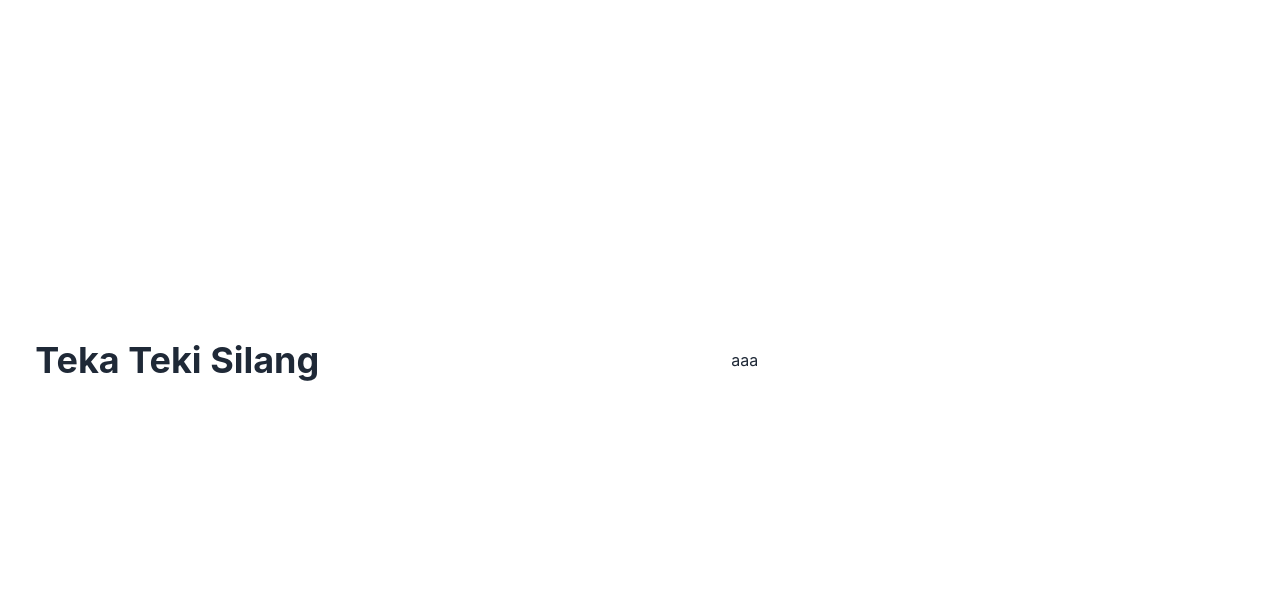
Repository: farrelmuhammad/tts-clue
Page: /
An editor plug-in stored every save of this project. The page is shown before and after the next save, followed by the edit.
The browser window is 1280 px wide. The pictures show the whole page.
The project was rebuilt for these pictures with package versions that can differ from the ones it lists, and the page was loaded fresh each time. Also part of the build but not shown: src/App.css.

Above is the page before, as saved 2023-02-02 18:05:33.

After the next save:
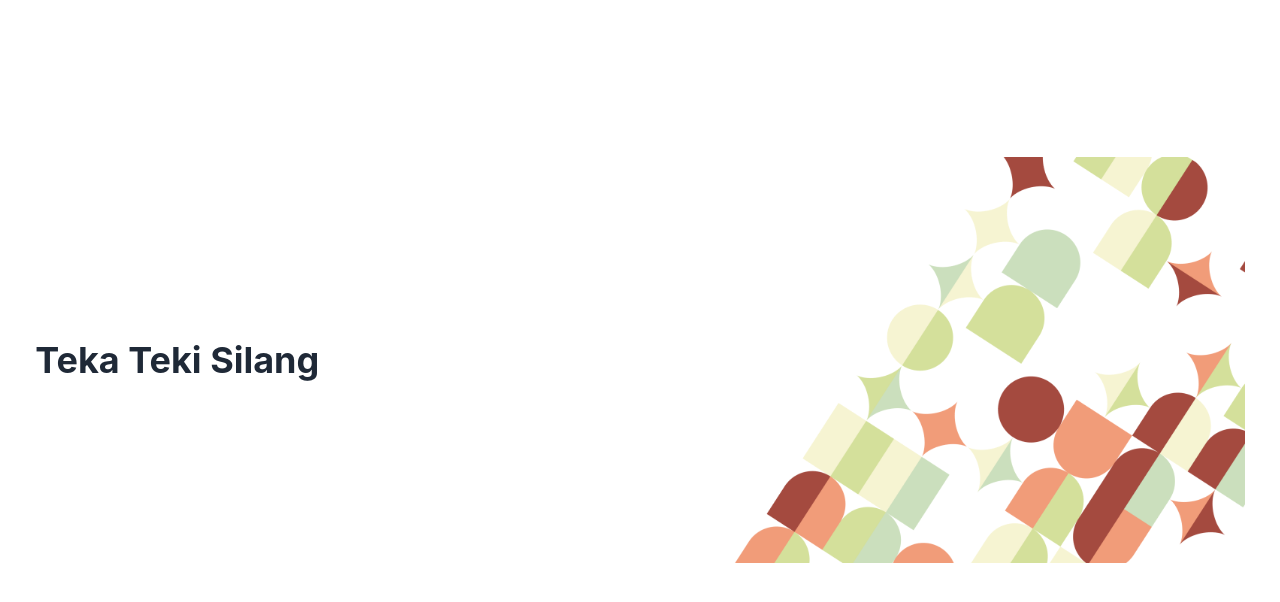
Saved 15 s later.
--- a/src/App.js
+++ b/src/App.js
@@ -11,9 +11,7 @@ function App() {
               <h1 class="text-4xl font-bold text-gray-800">Teka Teki Silang</h1>
             </div>
             <div class="xl:ml-20 xl:w-5/12 lg:w-5/12 md:w-8/12 mb-12 md:mb-0">
-              <div style={{ backgroundImage: `url(${bgHome})`}} >
-                aaa
-              </div>
+              <img src={bgHome} class="w-full h-full object-cover" />
             </div>
           </div>
         </div>
